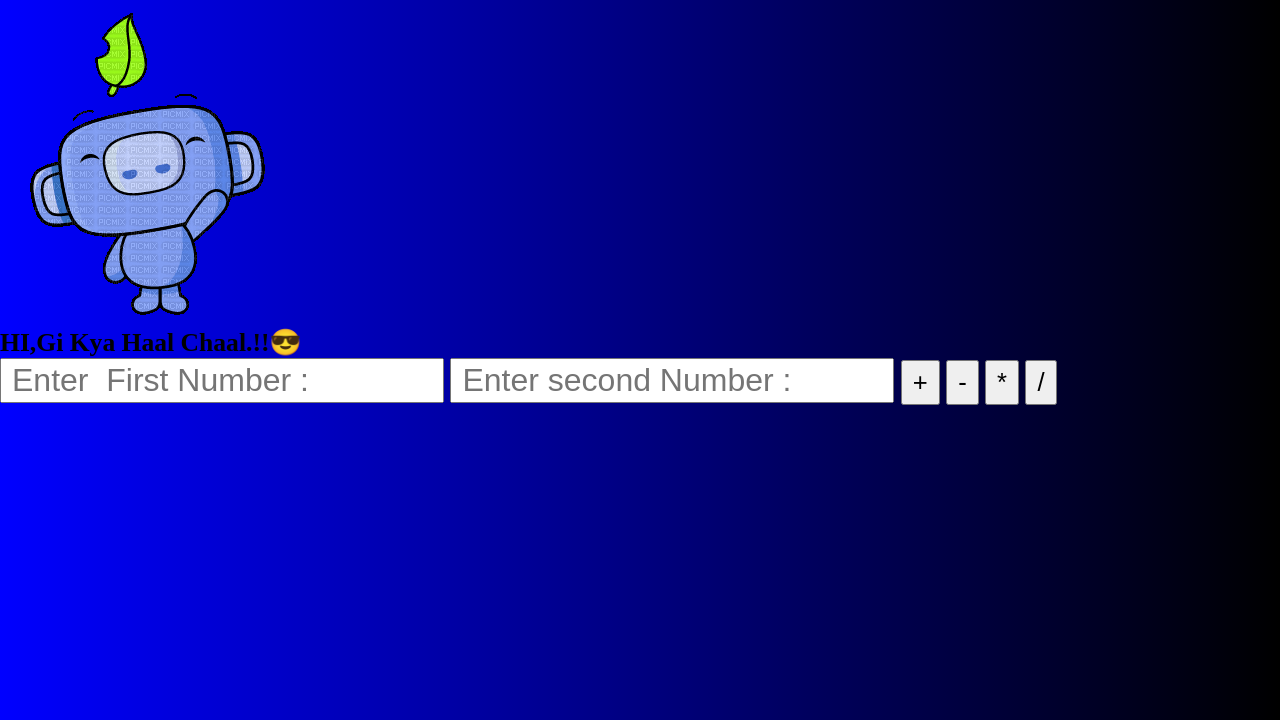
Repository: Deepak-Mane1902/simple-Calculator-using-JSP-Servlet
Page: http://localhost/webProject/
These files come from the project's save history. The page is drawn as it stood at one moment and after the next save; the edit follows.
The browser window is 1280 px wide. The pictures show the whole page.
The page is served by Tomcat 9. Other server files are loaded and not shown.

Above is the page before, as saved 2024-12-15 06:46:17.

### webProject/src/main/webapp/index.html
<!DOCTYPE html>
<html>
<head>
<meta charset="UTF-8">
<title>Insert title here</title>
<link rel="stylesheet" href="style.css" >
</head>
<body>
<main>
<img src="images/gip.gif" />
<h1>HI,Gi Kya Haal Chaal.!!😎</h1>
<form>
<input name="firstNum" type="number" placeholder="Enter  First Number : " required/>
<input name="secondNum"  placeholder="Enter second Number : " required/>
<button>+</button>
<button>-</button>
<button>*</button>
<button>/</button>

</form>
</main>
</body>
</html>

### webProject/src/main/webapp/style.css
*{
	margin:0;
	padding:0;
	font-size:2vw;
}
html,body{
	width:100%;
	height:100%;
		background:linear-gradient(to right, blue,black);
}
main{

}
img{
	width:25%;
}
h1{
	position:relative;
}
input{
	font-size:2.5vw;
	padding:2px 10px;
}
button{
	text-align:center;
	padding: 6px 10px;
}

After the next save:
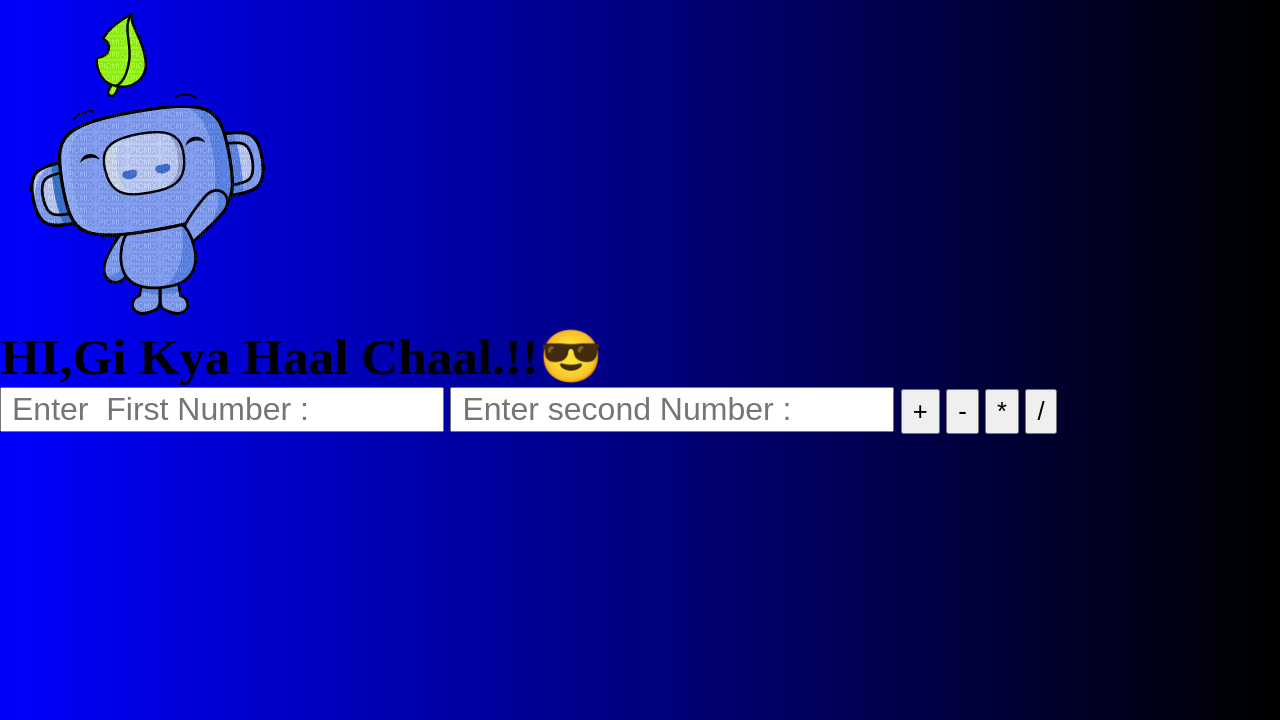
Saved 27 s later.
--- a/webProject/src/main/webapp/style.css
+++ b/webProject/src/main/webapp/style.css
@@ -15,7 +15,7 @@
 	width:25%;
 }
 h1{
-	position:relative;
+	font-size:4vw;
 }
 input{
 	font-size:2.5vw;
